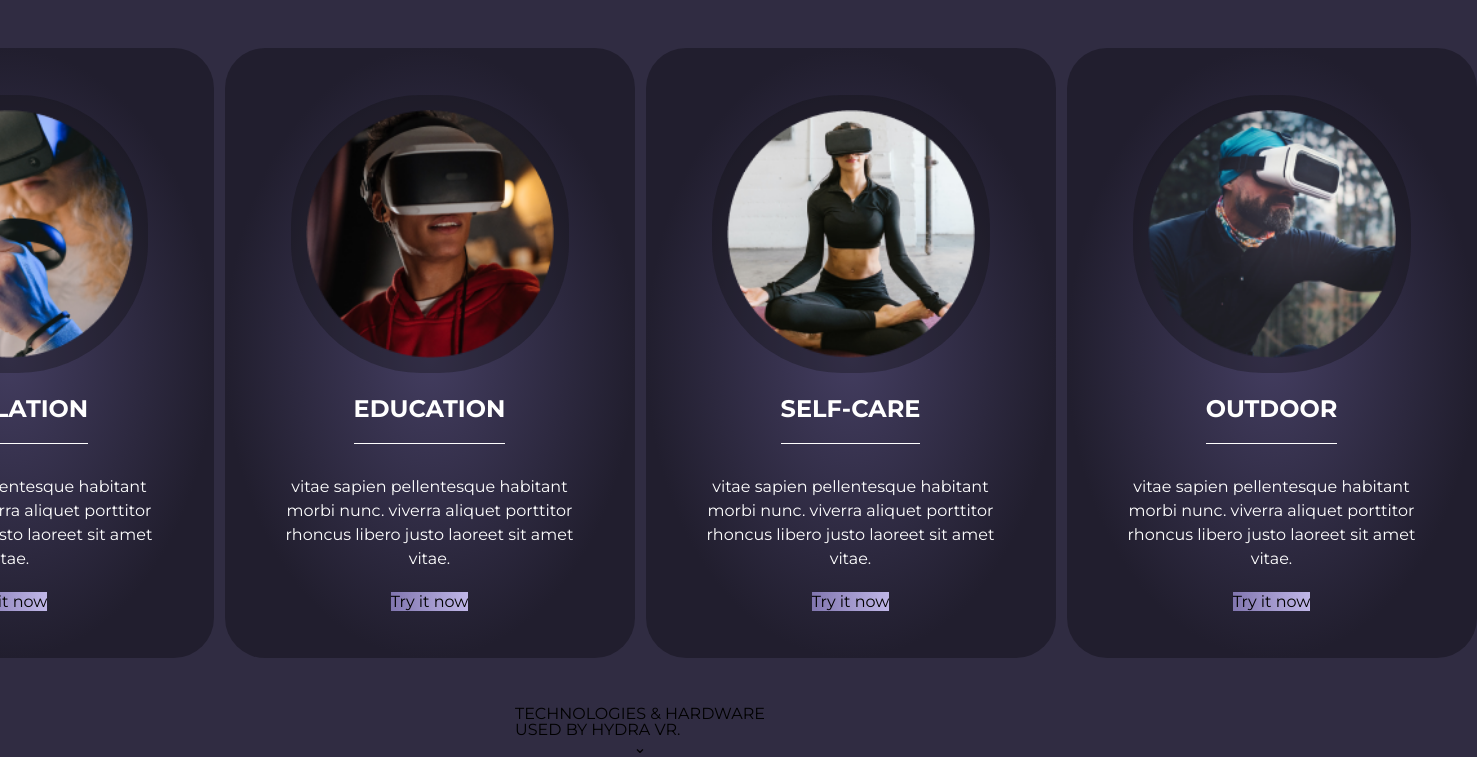
Repository: xMargi/Hydra-LandingPage
Page: index.html
An editor plug-in stored every save of this project. The page is shown before and after the next save, followed by the edit.
The browser window is 1280 px wide. The page is 1477 px wide, so the pictures cover 1477 px, including what lies to the right of the window. The pictures show the whole page.

Above is the page before, as saved 2023-06-07 20:35:26.

### index.html
    <!DOCTYPE html>
    <html lang="pt-br">
    <head>
        <meta charset="UTF-8">
        <meta http-equiv="X-UA-Compatible" content="IE=edge">
        <meta name="viewport" content="width=device-width, initial-scale=1.0">
        <title>Hydra - Landing Page</title>
        <link rel="stylesheet" href="./reset.css">
        <link rel="stylesheet" href="./style.css">
    </head>
    <body>
        <div class="cartoes">
            <div class="cartao">
                <img src="./assets/1.png" alt="Mulher jogando em realidade virtual" class="cartao__img">
                <h1 class="cartao__titulo">Simulation</h1>
                <p class="cartao__paragrafo">Vitae sapien pellentesque habitant morbi
                nunc. Viverra aliquet porttitor rhoncus
                libero justo laoreet sit amet vitae.</p>
                <button class="cartao__button">Try it now</button>
            </div>
            <div class="cartao">
                <img src="./assets/2.png" alt="Homem usando um óculos de realidade virtual" class="cartao__img">
                <h1 class="cartao__titulo">Education</h1>
                <p class="cartao__paragrafo">Vitae sapien pellentesque habitant morbi
                nunc. Viverra aliquet porttitor rhoncus
                libero justo laoreet sit amet vitae.</p>
                <button class="cartao__button">Try it now</button>
            </div>
            <div class="cartao">
                <img src="./assets/3.png" alt="Mulher meditando com óculos de realidade virtual" class="cartao__img">
                <h1 class="cartao__titulo">Self-Care</h1>
                <p class="cartao__paragrafo">Vitae sapien pellentesque habitant morbi
                nunc. Viverra aliquet porttitor rhoncus
                libero justo laoreet sit amet vitae.</p>
                <button class="cartao__button">Try it now</button>
            </div>
            <div class="cartao">
                <img src="./assets/4.png" alt="Homem fazendo exercicíos utilizando um óculos de realidade virtual" class="cartao__img">
                <h1 class="cartao__titulo">Outdoor</h1>
                <p class="cartao__paragrafo">Vitae sapien pellentesque habitant morbi
                nunc. Viverra aliquet porttitor rhoncus
                libero justo laoreet sit amet vitae.</p>
                <button class="cartao__button">Try it now</button>
            </div>
        </div>
        <div class="container__imagem">
            <h1 class="imagem__titulo">Technologies & Hardware</h1>
            <p class="imagem__paragrafo">Used by hydra vr.</p>
        </div>
        <button class="botao__baixo">&#8964</button>
        <script src="./script.js"></script>
    </body>
    </html>

### style.css
@import url('https://fonts.googleapis.com/css2?family=Montserrat:wght@300;400;700&display=swap');

:root{

    --fonte: 'Montserrat', sans-serif;
    --cor-fundo: #302C42;
    --cor-cartao: radial-gradient(50% 50% at 50% 50%, #433D60 0%, #211E2E 100%);
    --cor-button: linear-gradient(90deg, #8176AF 0%, #C0B7E8 100%);
    --cor-branca: #FFFFFF;
    --cor-texto: #343045;
    --cor-sombra: rgba(14, 14, 14, 0.32);
    --weight: 400;

}

body{
    box-sizing: border-box;
    background: var(--cor-fundo);
    display: flex;
    align-items: center;
    flex-direction: column;
    font-family: var(--fonte);
    font-weight: var(--weight);
    text-transform: uppercase;

}

.cartoes{
    margin:3rem 5.4375rem;
    display: flex;
    gap: 0.6875rem;

}

.cartao{
    background: var(--cor-cartao);
    display: flex;
    flex-direction: column;
    gap: 1.3125rem;
    align-items: center;
    justify-content: center;
    text-align: center;
    padding: 3.125rem;
    border-radius: 2.5rem;
    height: 31.875rem;
    width: 19.375rem;
}

.cartao__img{
    background: var(--cor-sombra);
    border-radius: 8.125rem;
    padding: 0.9375rem;
    width: 80%;
}

.cartao__titulo{

    color: var(--cor-branca);
    font-weight: 700;
    font-size: 1.5rem;
    line-height: 1.875rem;
    padding-bottom: 1.2188rem;
    border-bottom: 0.0313rem solid var(--cor-branca);
}

.cartao__paragrafo{
    padding-top: 0.625rem;
    text-transform: lowercase;
    line-height: 1.5rem;
    color: var(--cor-branca);

}

.cartao__button{

    background: var(--cor-button);

}

Loaded but not shown: main/reset.css (common file); script.js (no copy from this time; the picture is the same without it)

After the next save:
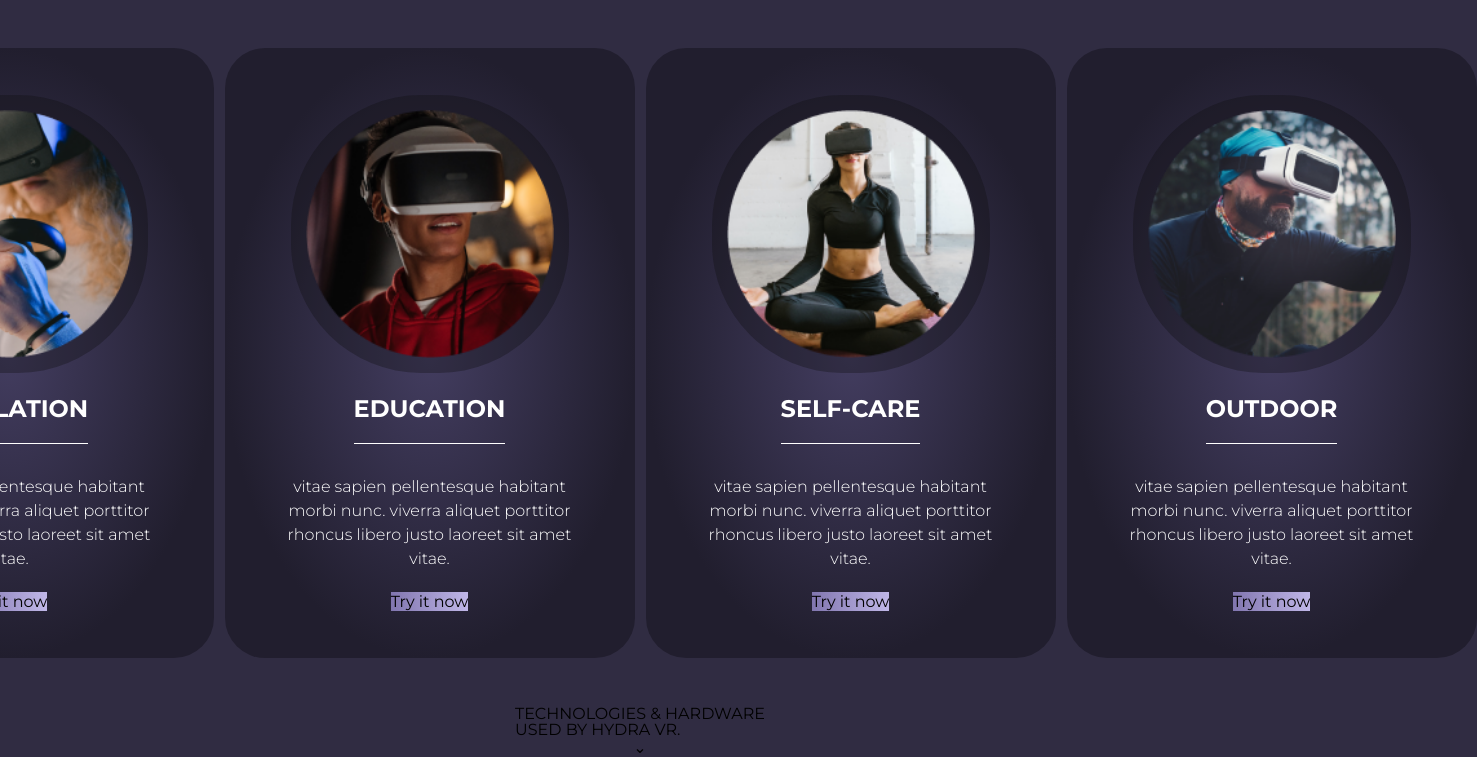
Saved 12 s later.
--- a/style.css
+++ b/style.css
@@ -68,6 +68,7 @@ body{
     text-transform: lowercase;
     line-height: 1.5rem;
     color: var(--cor-branca);
+    font-weight: 300;
 
 }
 
